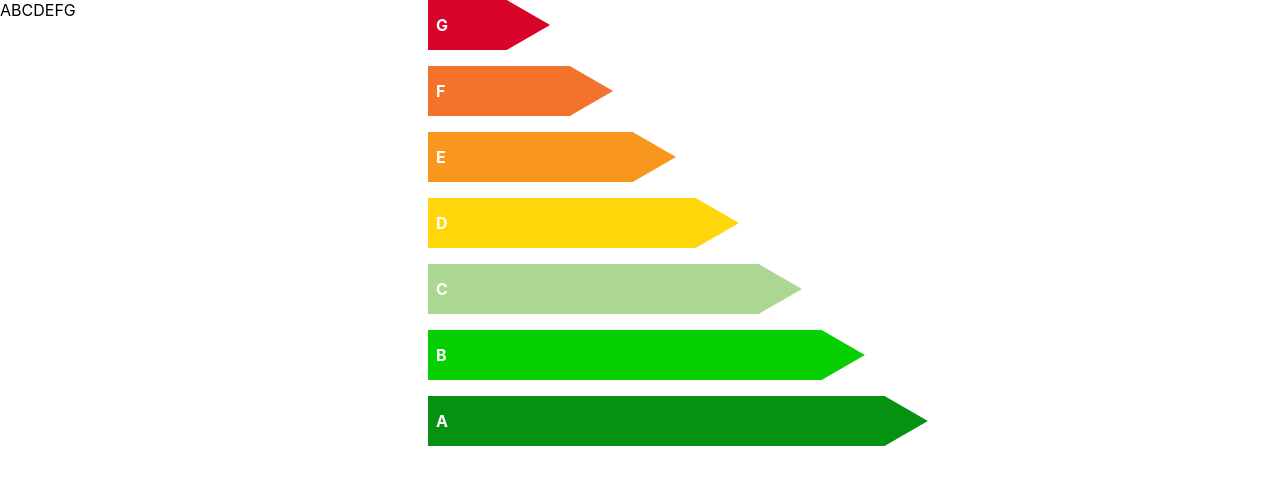
Repository: abdouAppcraft/Predict-DPE
Page: /result
An editor plug-in stored every save of this project. The page is shown before and after the next save, followed by the edit.
The browser window is 1280 px wide. The pictures show the whole page.
The project was rebuilt for these pictures with package versions that can differ from the ones it lists, and the page was loaded fresh each time. Also part of the build but not shown: src/hooks/useDpeOptions.tsx, src/strings/string.ts, src/utils/computeData.ts, src/screens/PredictForm/PredictForm.css, src/screens/PredictForm/PredictForm.tsx.

Above is the page before, as saved 2024-06-12 10:13:46.

After the next save:
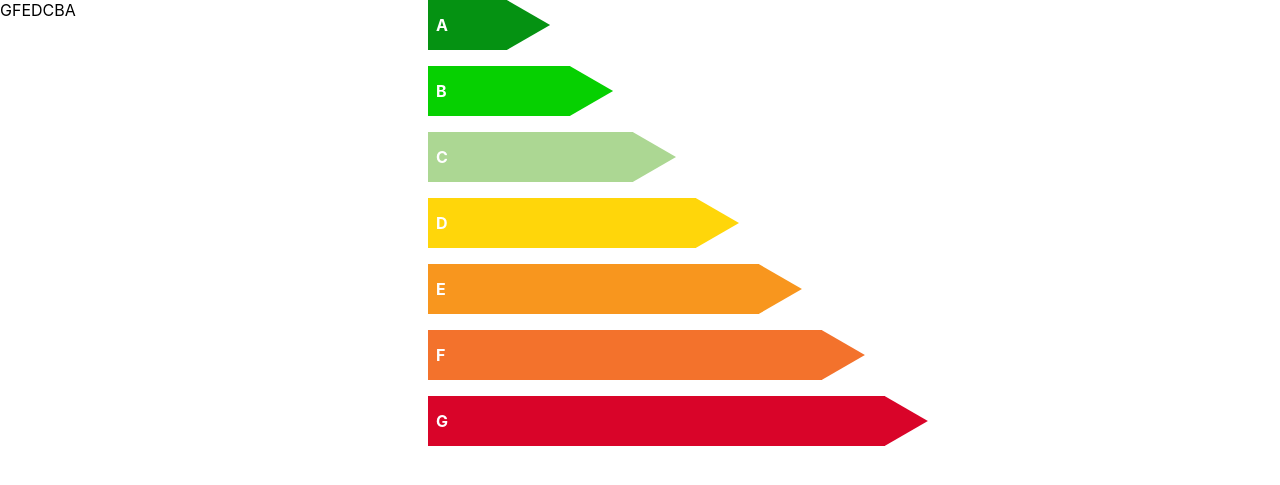
Saved 30 s later.
--- a/src/screens/Result/Result.tsx
+++ b/src/screens/Result/Result.tsx
@@ -18,7 +18,7 @@ const Result: React.FC<Props> = (props) => {
   return (
     <div style={{ display: "flex" }}>
       <div style={{ display: "flex" }}>
-        {letter.reverse().map((l) => {
+        {letter.map((l) => {
           return <div>{l.label}</div>;
         })}
       </div>
